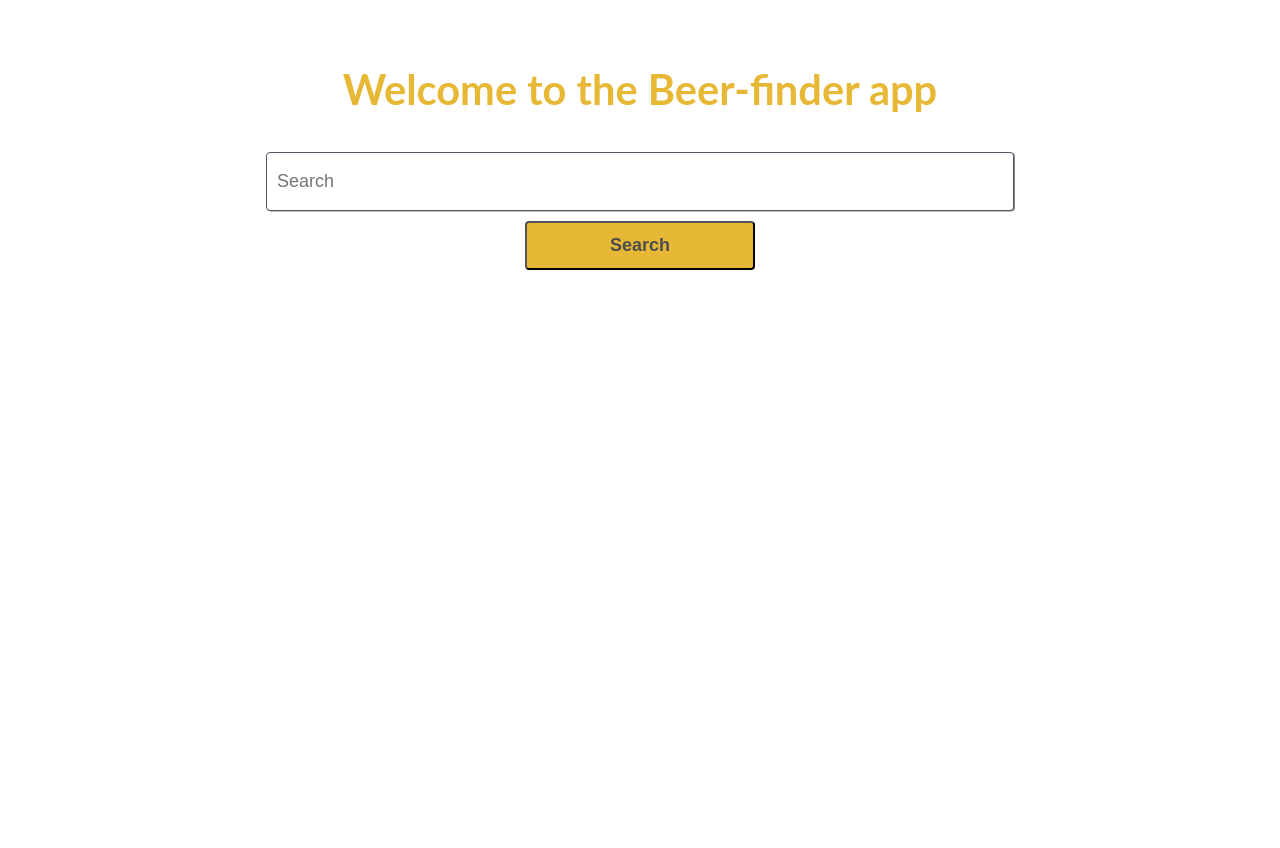
Repository: marcinszymaszek/beer-finder
Page: /
The author's editor kept a copy of each file at every save. The page is drawn from the files as they stood at one save, then again after the next save.
The browser window is 1280 px wide. The pictures show the whole page.
The project was rebuilt for these pictures with package versions that can differ from the ones it lists, and the page was loaded fresh each time.

Above is the page before, as saved 2020-05-10 20:40:15.

After the next save:
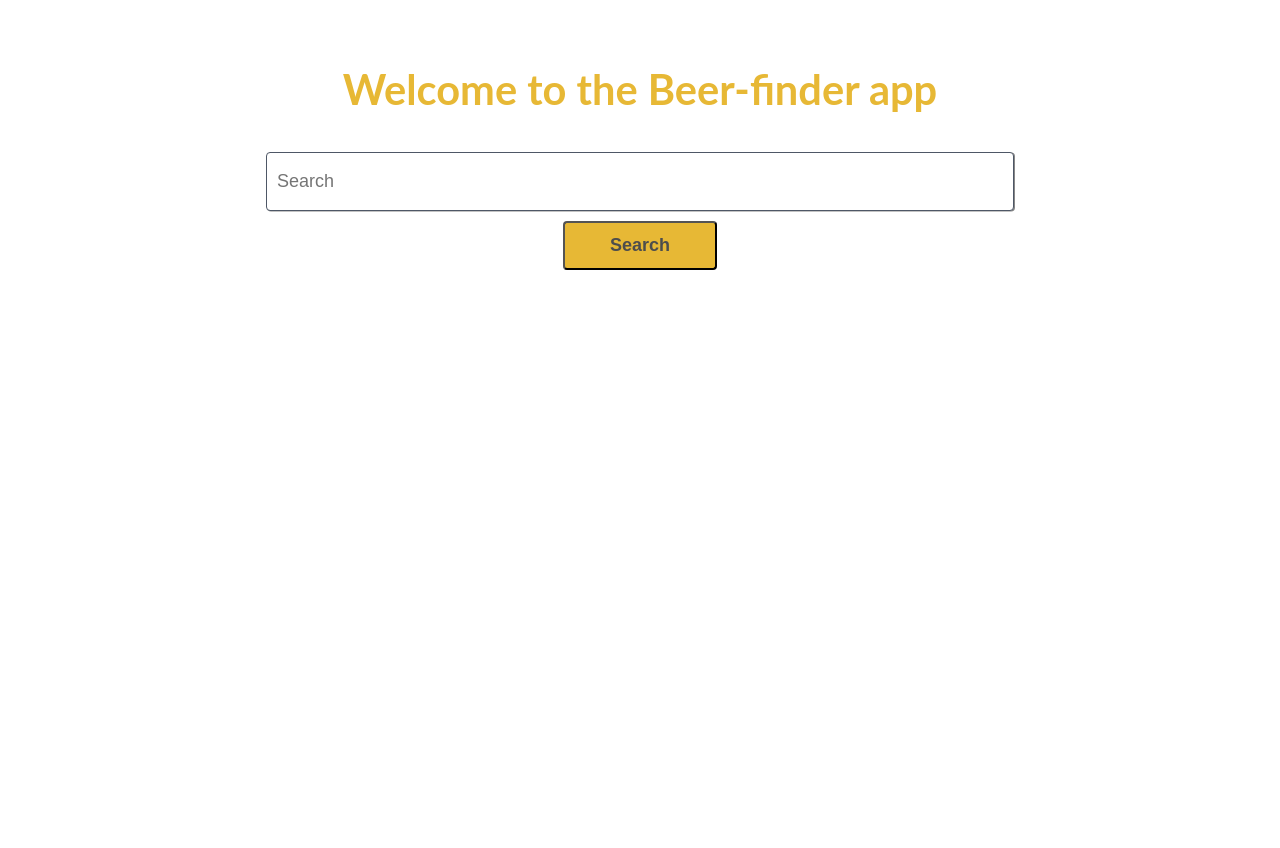
Saved 5 s later.
--- a/src/components/search/Search.css
+++ b/src/components/search/Search.css
@@ -18,7 +18,7 @@ input {
 
     button {
         padding: 12px 10px;
-        width: 30%;
+        width: 20%;
         border-radius: 4px;
         background-color: #e7b835;
         color: #4d4d4d;
